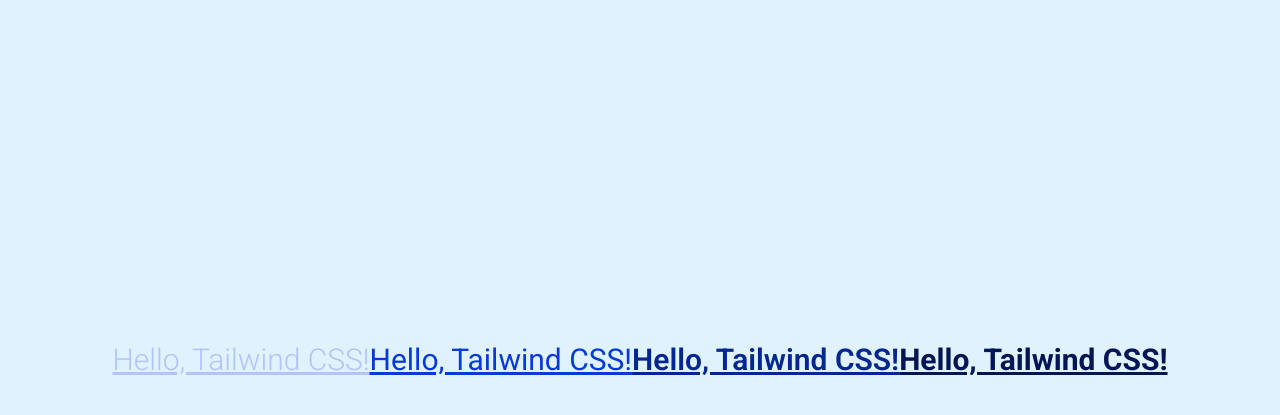
Repository: EclipticCode/Audit-Ease-FE
Page: /
An editor plug-in stored every save of this project. The page is shown before and after the next save, followed by the edit.
The browser window is 1280 px wide. The pictures show the whole page.
The project was rebuilt for these pictures with package versions that can differ from the ones it lists, and the page was loaded fresh each time. Also part of the build but not shown: vite.config.js.

Above is the page before, as saved 2025-03-27 18:02:21.

After the next save:
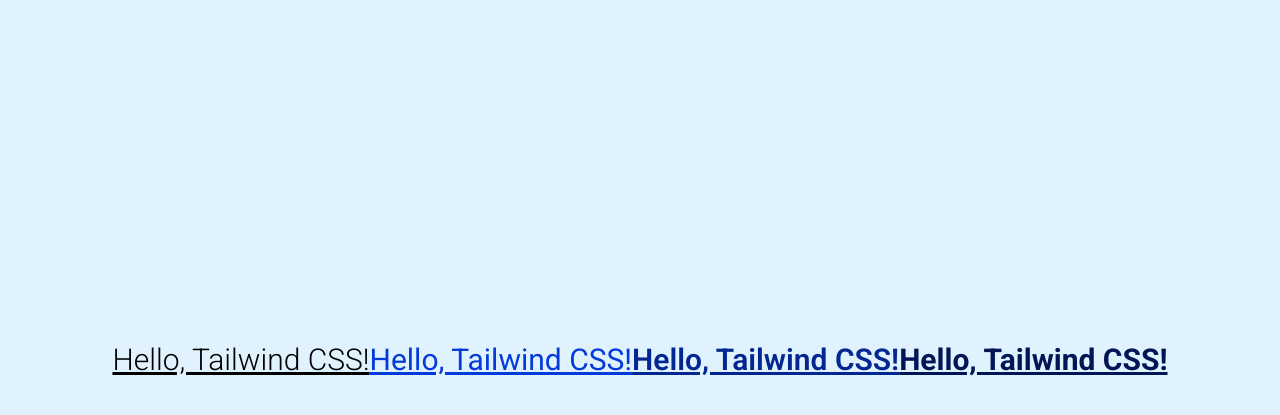
Saved 6 s later.
--- a/src/index.css
+++ b/src/index.css
@@ -9,7 +9,7 @@
   --font-weight-medium: 500;
   --font-weight-semibold: 600;
   --font-weight-bold: 700;
-  --color-soft-blue: #B2C4FB;
+  --color-soft-primary: #B2C4FB;
   --color-light-blue: #053ADA;
   --color-dark-blue: #032691;
   --color-deep-blue: #021655;
